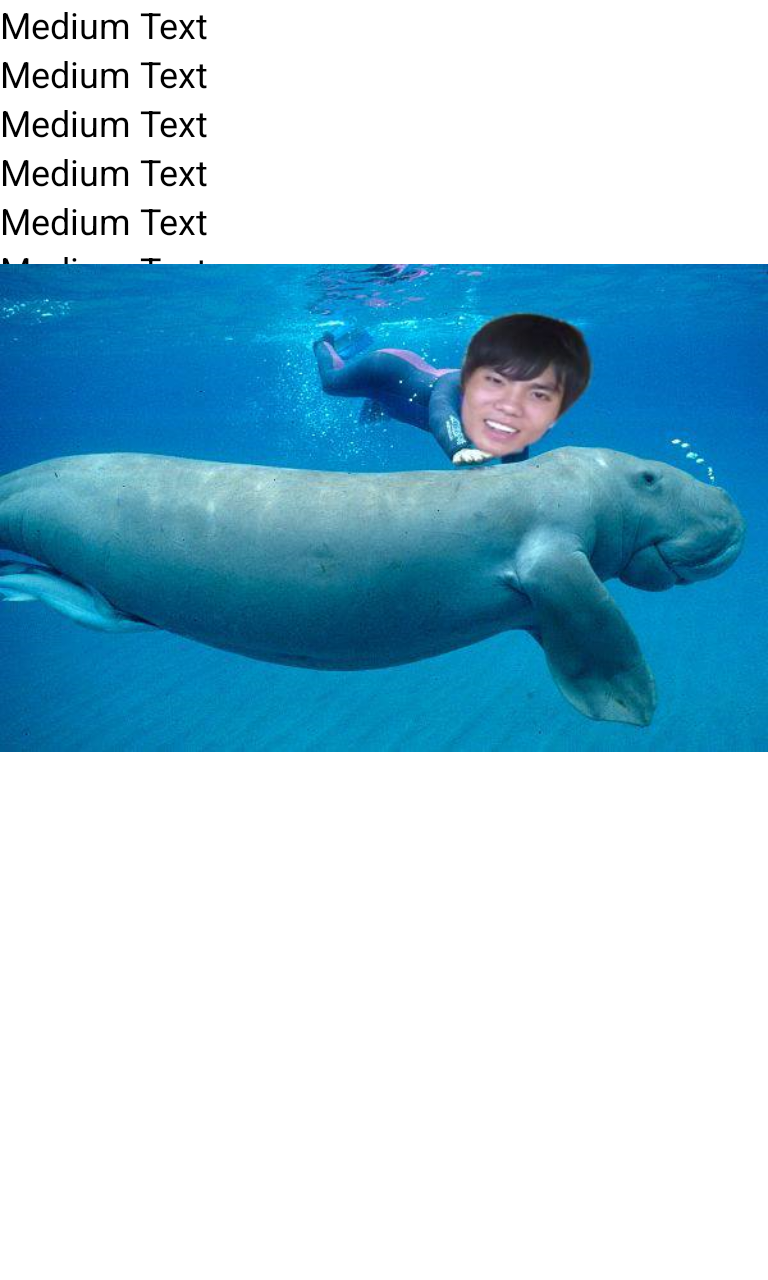
Repository: hieu19926/Non_cable_networking
Layout: SecondGraders/res/layout/mucluc.xml
An editor plug-in stored every save of this project. The layout is shown before and after the next save, followed by the edit.
It is drawn on a 768 x 1280 px phone screen (xhdpi) without system bars, with theme AppTheme; the app's code is not run.

Above is the layout before, as saved 2014-10-05 09:05:35.

After the next save:
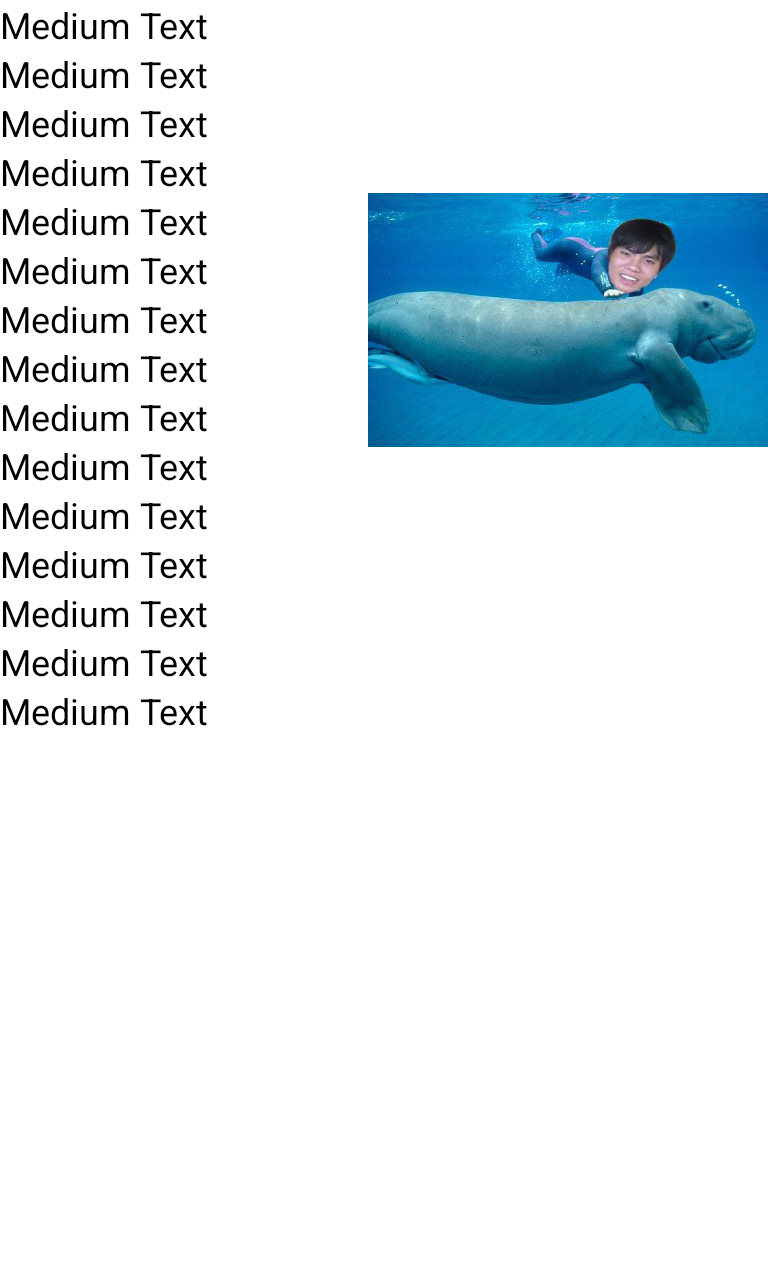
Saved 44 s later.
--- a/SecondGraders/res/layout/mucluc.xml
+++ b/SecondGraders/res/layout/mucluc.xml
@@ -143,8 +143,8 @@
 
             <ImageView
                 android:id="@+id/imageView1"
-                android:layout_width="fill_parent"
-                android:layout_height="fill_parent"
+                android:layout_width="200dp"
+                android:layout_height="320dp"
                 android:src="@drawable/ca_kua" />
 
         </LinearLayout>
